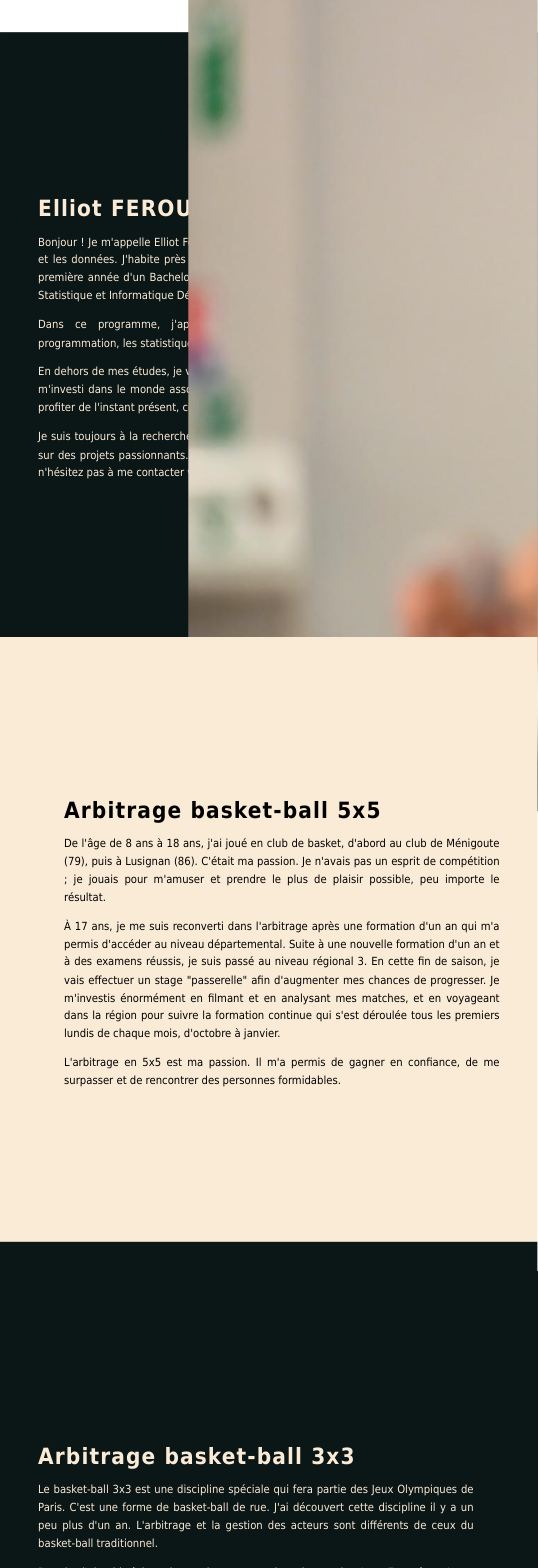
Repository: elliotfx/elliotfx.github.io
Page: html/apropos.html
These files come from the project's save history. The page is drawn as it stood at one moment and after the next save; the edit follows.
The browser window is 768 px wide. The pictures show the part of the page from y = 0 to 2240 px (the page is 5230 px tall), at 70% of full size.

Above is the page before, as saved 2025-03-20 19:30:09.

### html/apropos.html
<!doctype html>
<html lang="fr">
<head>
  <meta charset="UTF-8">
  <meta name="viewport" content="width=device-width, initial-scale=1.0">
  <meta name="author" content="Elliot FEROUX">
  <meta name="description" content="Portfolio de Elliot FEROUX">
  <title>Mes Projets (Portfolio Elliot FEROUX)</title>
  <link rel="stylesheet" type="text/css" href="./../css/apropos.css" media="screen">
  <link rel="preconnect" href="https://fonts.googleapis.com">
  <link rel="preconnect" href="https://fonts.gstatic.com" crossorigin>
  <link href="https://fonts.googleapis.com/css2?family=Kanit:ital,wght@0,100;0,200;0,300;0,400;0,500;0,600;0,700;0,800&display=swap" rel="stylesheet">
  <link rel="stylesheet" href="../css/font-awesome-4.7.0/css/font-awesome.min.css">
  <link rel="shortcut icon" href="SD.png" type="image/x-icon">
  <script src="../JS/script_projets.js"></script>
</head>
<body>
  <header>
    <div class="navbar" id="nav">
      <div class="burger-container">
        <i class="fa fa-bars iconeburger" aria-hidden="true"></i>
      </div>
      <ul class="navbar-menu">
        <li class="link-nav-underline"><a href="bilan.html">BILAN PERSONNEL</a></li>
        <li class="link-nav-underline-projet"><a href="projets.html">PROJETS</a></li>
        <li class="logo">
          <a href="https://iutp.univ-poitiers.fr/sd/" target="_blank">
            <img src="./../Images/SD.png" alt="Logo BUT Sciences des Données">
          </a>
        </li>
        <li class="link-nav-underline"><a href="apropos.html">A PROPOS</a></li>
        <li class="link-nav-underline"><a href="contact.html">CONTACT</a></li>
      </ul>
    </div>

    <div id="burgerbar">
      <a href="https://iutp.univ-poitiers.fr/sd/" target="_blank">
        <img src="./../Images/SD.png" alt="Logo BUT Sciences des Données" class="logo-burger">
      </a>
      <i class="fa fa-times iconeburgerclose" aria-hidden="true"></i>
      <ul class="burger-menu-list">
        <li class="link-nav-underline"><a href="bilan.html">BILAN PERSONNEL</a></li><br>
        <li class="link-nav-underline"><a href="projets1.html">PROJETS</a></li><br>
        <li class="link-nav-underline"><a href="apropos.html">A PROPOS</a></li><br>
        <li class="link-nav-underline"><a href="contact.html">CONTACT</a></li>
      </ul>
    </div>
  </header>

  <main>
    <!-- Section 1 : Texte à gauche, image à droite -->
    <section class="section noir">
      <div class="container">
        <div class="text-block">
          <h2 class="title">Elliot FEROUX</h2>
          <div class="contenu">
            <p>Bonjour ! Je m'appelle Elliot Feroux, j'ai 18 ans et je suis passionné par l'informatique et les données. J'habite près de Poitiers et je fais mes études à Niort, où je suis en première année d'un Bachelor Universitaire en Science des Données (anciennement Statistique et Informatique Décisionnelles).</p>
            <p>Dans ce programme, j'apprends des compétences importantes comme la programmation, les statistiques, et l'utilisation d'outils de data science.</p>
            <p>En dehors de mes études, je vais à la salle de sport, je suis arbitre de basket-ball et je m'investi dans le monde associatif. J'apprécie aussi la musique, le sport, voyager et profiter de l'instant présent, ce qui m'aide à rester équilibré et motivé.</p>
            <p>Je suis toujours à la recherche de nouvelles opportunités pour apprendre et travailler sur des projets passionnants. Parcourez mon portfolio pour voir ce que j'ai réalisé et n'hésitez pas à me contacter via ma page <a href="contact.html" class="liens">contact</a>.</p>
          </div>
        </div>
        <div class="image-block">
          <img src="./../Images/photo2.JPG" alt="Photo de Elliot FEROUX">
        </div>
      </div>
      <div class="img-bas">
        <img src="./../Images/photo2.JPG" alt="Photo de Elliot FEROUX">
      </div>
    </section>

    <!-- Section 2 : Texte à droite, image à gauche (inversion automatique) -->
    <section class="section blanc">
      <div class="container">
        <div class="text-block">
          <h2 class="title">Arbitrage basket-ball 5x5</h2>
          <div class="contenu">
            <p>De l'âge de 8 ans à 18 ans, j'ai joué en club de basket, d'abord au club de Ménigoute (79), puis à Lusignan (86). C'était ma passion. Je n'avais pas un esprit de compétition ; je jouais pour m'amuser et prendre le plus de plaisir possible, peu importe le résultat.</p>
            <p>À 17 ans, je me suis reconverti dans l'arbitrage après une formation d'un an qui m'a permis d'accéder au niveau départemental. Suite à une nouvelle formation d'un an et à des examens réussis, je suis passé au niveau régional 3. En cette fin de saison, je vais effectuer un stage "passerelle" afin d'augmenter mes chances de progresser. Je m'investis énormément en filmant et en analysant mes matches, et en voyageant dans la région pour suivre la formation continue qui s'est déroulée tous les premiers lundis de chaque mois, d'octobre à janvier.</p>
            <p>L'arbitrage en 5x5 est ma passion. Il m'a permis de gagner en confiance, de me surpasser et de rencontrer des personnes formidables.</p>
          </div>
        </div>
        <div class="image-block">
          <img src="./../Images/55.JPEG" alt="Photo de Elliot FEROUX arbitre">
        </div>
      </div>
    </section>

    <!-- Section 3 : Texte à gauche, image à droite -->
    <section class="section noir">
      <div class="container">
        <div class="text-block">
          <h2 class="title">Arbitrage basket-ball 3x3</h2>
          <div class="contenu">
            <p>Le basket-ball 3x3 est une discipline spéciale qui fera partie des Jeux Olympiques de Paris. C'est une forme de basket-ball de rue. J'ai découvert cette discipline il y a un peu plus d'un an. L'arbitrage et la gestion des acteurs sont différents de ceux du basket-ball traditionnel.</p>
            <p>Depuis, j'ai arbitré lors de nombreux tournois, tels que les <a href="http://ffse.fr/nos-actions/jeux/europeeens/#:~:text=LES%20JEUX%20EUROP%C3%89ENS,-Les%20Jeux%20Europ%C3%A9ens&text=Cette%20grande%20f%C3%AAte%20du%20sport,14%20au%2018%20juin%202023." class="liens">Jeux Européens Inter-Entreprises de Bordeaux</a>, <a href="https://www.poitevins.fr/urbanpb#:~:text=Urban%20PB%20est%20un%20tournoi,qualification%20entre%20avril%20et%20juin." class="liens">l'Urban PB de Poitiers</a>, ou encore le <a href="https://play.fiba3x3.com/events/dfd86fbb-793f-4384-a0a0-58e7211858ba?fbclid=IwAR3QWv89srzKISg9u5xH8Kk9xjBphCmSoV1SZCdJkw5wBuWZTOqwaH6c468" class="liens">Tournoi International du Grand Cognac</a>. Cette discipline me passionne tout autant, car elle me permet de voyager davantage, de profiter du basket en plein air, et même de découvrir de nouveaux horizons.</p>
          </div>
        </div>
        <div class="image-block">
          <img src="./../Images/PB.JPEG" alt="Photo de Elliot FEROUX">
        </div>
      </div>
    </section>

    <!-- Section 4 : Texte à droite, image à gauche -->
    <section class="section blanc">
      <div class="container">
        <div class="text-block">
          <h2 class="title">Bénévolat - Mélusik</h2>
          <div class="contenu">
            <p>Mes parents m'ont toujours immergé dans la musique, mon père étant guitariste et ma mère accordéoniste et chanteuse. Personnellement, je me contente d'écouter de la musique. Ils ont toujours été bénévoles dans une association musicale, et depuis deux ans, je le suis également. Lors de l'édition 2023, j'étais bénévole à la restauration, où je préparais les sandwiches et m'occupais de la logistique en arrière-plan. Je n'ai pas vraiment apprécié cette tâche car il n'y avait pas de contact avec les clients et je ne pouvais pas profiter de la musique.</p>
            <p>Cette année, j'ai été à l'accueil, en charge de servir les clients en jetons, de gérer les retours de caution, et de répondre à toutes les questions des festivaliers. J'ai beaucoup aimé ce poste car il impliquait beaucoup de contact avec les clients, la gestion d'argent, et des responsabilités. De plus, cela m'a permis de travailler sur ma confiance en moi et de veiller à ce que les festivaliers aient une bonne impression du festival dès leur arrivée.</p>
          </div>
        </div>
        <div class="image-block">
          <img src="./../Images/melu.jpeg" alt="Festival Mélusik affiche">
        </div>
      </div>
    </section>

    <!-- Section 5 : Texte à gauche, image à droite -->
    <section class="section noir">
      <div class="container">
        <div class="text-block">
          <h2 class="title">Arbitrage Universitaire</h2>
          <div class="contenu">
            <p>Depuis le début de l'année universitaire 2024 - 2025, j'arbitre à l'université, je me rends souvent à Poitiers le jeudi après-midi afin d'arbitrer des matchs au niveau Académique et Inter-Académique. J'ai nottament pu arbitrer la finale inter-académique avec les équipes de l'ENSMA - Chasseneuil, Toulon et La Rochelle.</p>
            <p>Les matchs Inter-Université me permettent de prendre de l'expérience car on y retrouve des joueurs de plus ou moins haut niveau. J'arbitre actuellement en Régional 3 et je peux me retrouver à arbitrer des joueurs de niveau Régionale 1 voire Nationale 3. C'est toujours de l'expérience à prendre et je m'épanouis énormément. Cela me permet de pratiquer d'autant plus ma passion.</p>
          </div>
        </div>
        <div class="image-block">
          <img src="./../Images/univ.png" alt="Arbitrage Universitaire">
        </div>
      </div>
    </section>

    <section class="section blanc">
        <div class="container">
          <div class="text-block">
            <h2 class="title">Ecole d'arbitrage</h2>
            <div class="contenu">
                <p>Depuis le début de l'année universitaire 2024-2025, je m'investis activement dans l'école d'arbitrage de mon club de Basket, Chauray. Je m'occupe de préparer des séances théoriques <a href="./../Images/ecolearb.pdf" target="_blank" class="liens">(cf pdf pour un exemple de séance).</a> Nous nous servons de matchs de jeunes afin de les accompagner dans leur évolution. Si possible, nous pouvons les suivre dans leurs matchs "officiels", afin de leur donner plus de conseils.</p>
                <p>J'aime réellement former, cela me permet de partager ma passion, transmettre mes connaissances et de gagner en maturité. Cela m'apporte beaucoup.</p>
            </div>
          </div>
          <div class="image-block">
            <img src="./../Images/ecole.JPG" alt="ecole">
          </div>
        </div>
      </section>
  </main>
</body>
</html>

### css/apropos.css
@import "navbar_stylesheet.css";

body {
  margin: 0;
  padding: 0;
  font-family: 'Tahoma', sans-serif;
}

.img-bas{
    display: none;
}

/* Style de base pour chaque section */
.section {
  min-height: 100vh;
  display: flex;
  align-items: center;
  justify-content: center;
  padding: 2rem 0;
  position: relative;
}

/* Fond sombre et texte clair */
.section.noir {
  background-color: #0B1616;
  color: antiquewhite;
}

/* Fond clair et texte foncé */
.section.blanc {
  background-color: antiquewhite;
  color: #000;
}

/* Container central en flex */
.container {
  width: 90%;
  max-width: 1200px;
  display: flex;
  flex-direction: row;
  align-items: center;
  justify-content: space-between;
  gap: 2rem;
  margin: auto;
}

/* Inversion de l'ordre pour les sections paires */
.section:nth-of-type(even) .container {
  flex-direction: row-reverse;
}

/* Bloc de texte */
.text-block {
  width: 50%;
  padding: 1rem;
}

/* Style du titre */
.title {
  font-weight: bold;
  letter-spacing: 0.05em;
  font-size: 2em;
  margin-bottom: 1rem;
}

/* Bloc image */
.image-block {
  width: 50%;
  display: flex;
  align-items: center;
  justify-content: center;
}

.image-block img {
  width: 80%;
  height: auto;
  border-radius: 10px;
  box-shadow: 8px 8px 10px 0 rgba(0, 0, 0, 0.5);
}

/* Style des liens */
a {
  color: inherit;
}

/* Mise en forme du contenu textuel */
.contenu p {
  text-align: justify;
  line-height: 1.6;
}

.liens{
    text-decoration: underline;
}

@media screen and (max-width: 900px) {
    .image-block{
        display: none;
    }

    .text-block{
        width: 90%;
    }

    .img-bas{
        display: block;
        position:absolute;
        width: 30%;
    }
}

### css/navbar_stylesheet.css
html,
body {
    overflow-x: hidden;
}

ul {
    list-style-type: none;
    padding: 0;
    margin: 0;
}

header {
    background-color: #ffffff;
    box-shadow: 3px 3px 4px rgba(205, 205, 205, 0.5);
    display: flex;
    justify-content: center;
    align-items: center;
    padding: 15px;
    z-index: 2000;
}

.navbar {
    width: 100%;
    display: flex;
    justify-content: center;
    align-items: center;
}

/* Modification principale pour répartir équitablement les éléments */
.navbar-menu {
    display: flex;
    justify-content: space-around;
    align-items: center;
    width: 100%;
}

.logo img {
    width: 50px;
    height: 50px;
}

/* Effet souligné au survol */
.link-nav-underline, .link-nav-underline-projet {
    display: inline-block;
    position: relative;
    text-decoration: none;
    color: inherit;
}

.link-nav-underline::after,
.link-nav-underline-projet::after {
    content: "";
    display: block;
    position: absolute;
    bottom: 0;
    left: 0;
    width: 100%;
    height: 2px;
    background: #000;
    transform: scaleX(0);
    transition: transform 0.2s ease-in-out;
    transform-origin: left;
}

.link-nav-underline:hover::after,
.link-nav-underline-projet:hover::after {
    transform: scaleX(1);
}

/* Style du menu burger */
.burger-container {
    display: none;
    cursor: pointer;
}

#burgerbar {
    height: 100vh;
    width: 50%;
    background-color: #fff;
    position: fixed;
    top: 0;
    left: -100%;
    display: flex;
    flex-direction: column;
    align-items: center;
    justify-content: center;
    z-index: 3000;
    transition: left 0.3s ease-in-out;
    padding: 20px;
    box-shadow: 2px 0 5px rgba(0, 0, 0, 0.5);
}

/* Responsive pour mobiles */
@media screen and (max-width: 900px) {
    .navbar-menu {
        display: none;
    }

    .burger-container {
        display: flex;
    }

    .burger-menu-list {
        display: block;
        text-align: center;
    }

    .burger-menu-list li {
        margin: 15px 0;
    }
}


a{
    color: inherit;
    text-decoration: none;
}

.logo-burger{
    width: 50px;
    height: 50px;
}

Loaded but not shown: css/font-awesome-4.7.0/css/font-awesome.min.css (library); JS/script_projets.js (no copy from this time; the picture is the same without it)

After the next save:
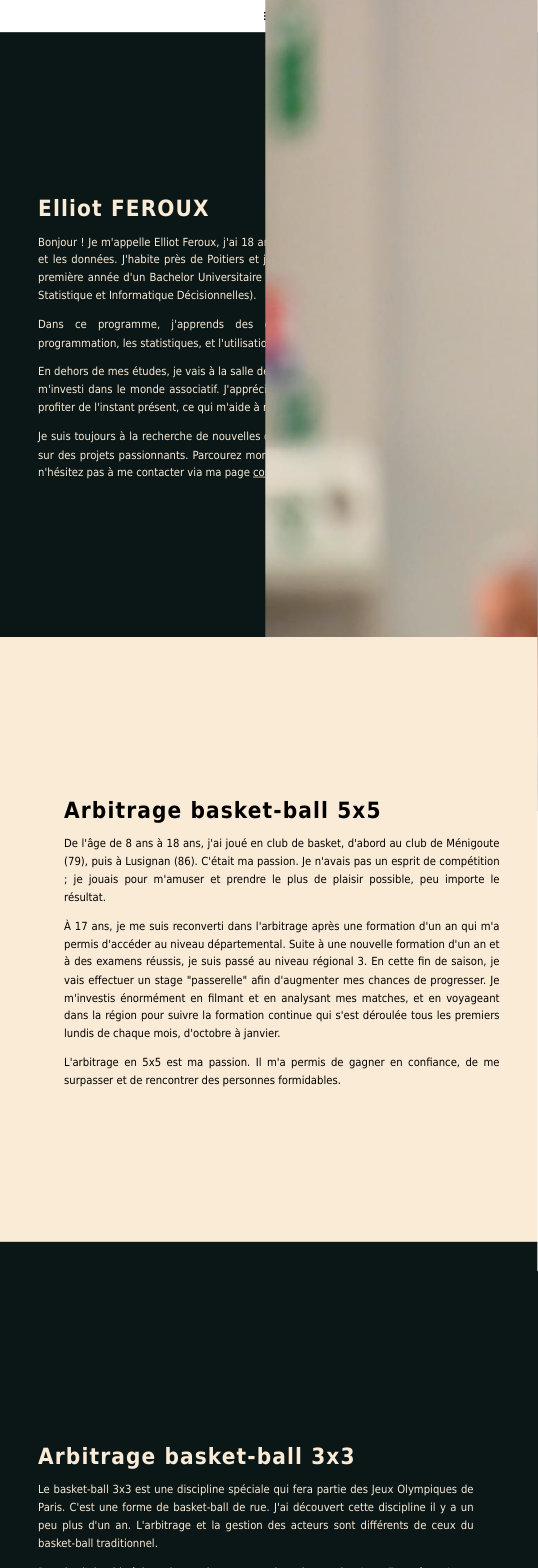
Saved 12 s later.
--- a/css/apropos.css
+++ b/css/apropos.css
@@ -105,6 +105,6 @@
     .img-bas{
         display: block;
         position:absolute;
-        width: 30%;
+        width: 10px;
     }
 }
